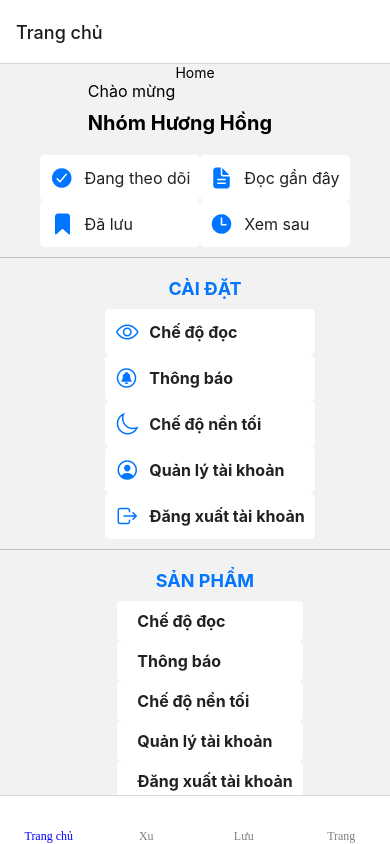
Repository: Quynhhuong150322/New_Daily
Screen: /BottomTab
The author's editor kept a copy of each file at every save. The screen is drawn from the files as they stood at one save, then again after the next save.
An inner scrolling area shows only its first screen. The app was drawn by React Native's web renderer in a window 390 px wide. The project was rebuilt for these pictures with package versions that can differ from the ones it lists, and the page was loaded fresh each time. Also part of the build but not shown: firebase.js, screens/Login.js, screens/Signup.js, screens/Trending.js, screens/Save.js, screens/Profile.js, screens/Setting.js, screens/Dark_Mode.js and 1 more.

Above is the screen before, as saved 2023-12-20 03:03:12.

After the next save:
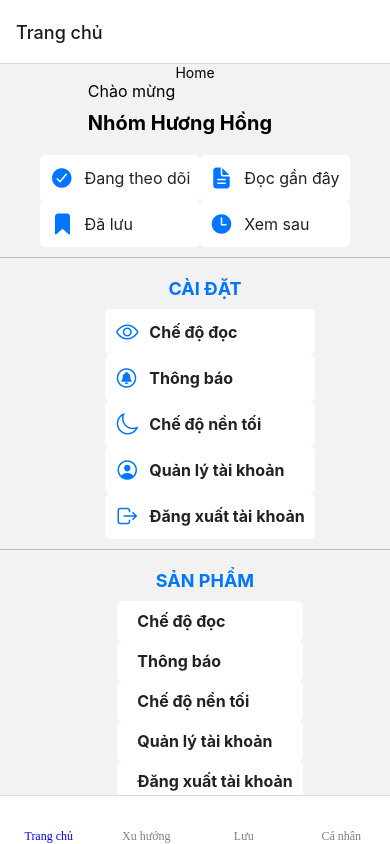
Saved 63 s later.
--- a/screens/BottomTab.js
+++ b/screens/BottomTab.js
@@ -38,9 +38,9 @@
         }}
         >
         <Tab.Screen name="Trang chủ" component={Home} />
-        <Tab.Screen name="Xu" component={Trending} />
+        <Tab.Screen name="Xu hướng" component={Trending} />
         <Tab.Screen name="Lưu" component={Save} />
-        <Tab.Screen name="Trang" component={Profile} />
+        <Tab.Screen name="Cá nhân" component={Profile} />
         </Tab.Navigator>
     );
 }
